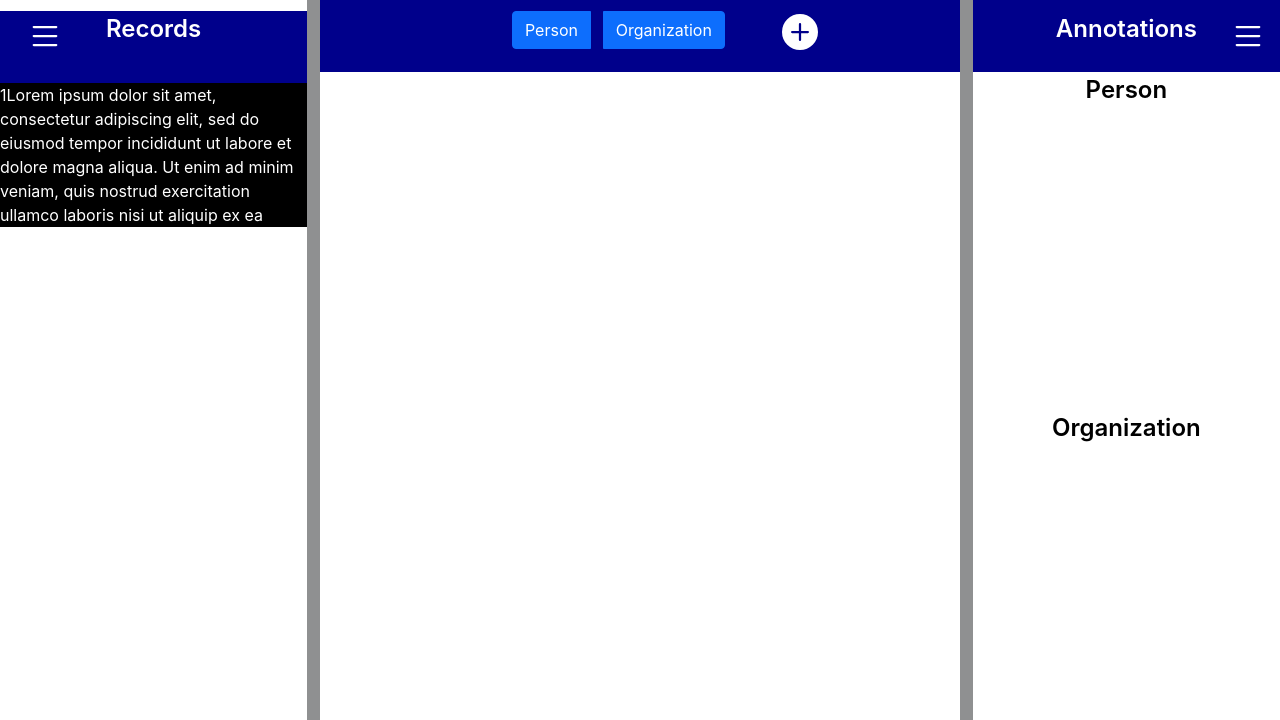
Repository: napan24/classforma_assignment
Page: / (app in client/)
The author's editor kept a copy of each file at every save. The page is drawn from the files as they stood at one save, then again after the next save.
The browser window is 1280 px wide. The pictures show the whole page.
The project was rebuilt for these pictures with package versions that can differ from the ones it lists, and the page was loaded fresh each time. Also part of the build but not shown: client/src/App.css.

Above is the page before, as saved 2022-07-20 18:49:04.

After the next save:
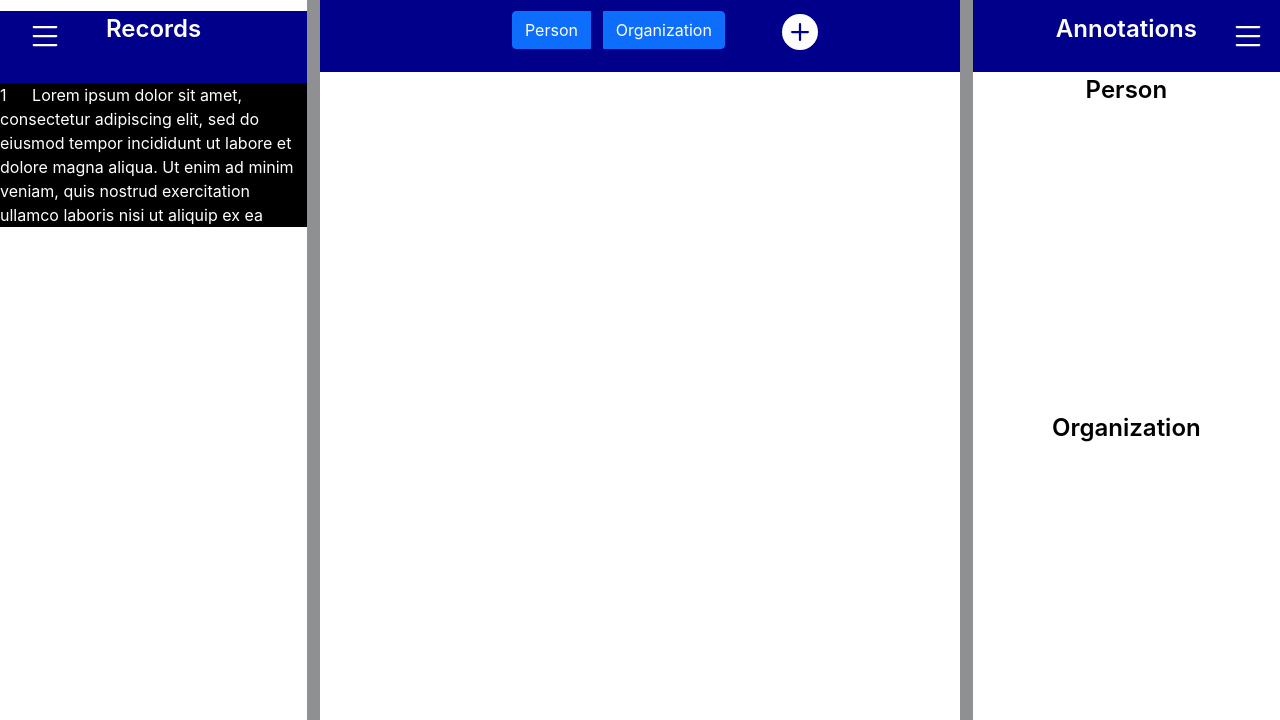
Saved 5 s later.
--- a/client/src/Home.js
+++ b/client/src/Home.js
@@ -111,7 +111,7 @@ const Home = () => {
                         <span>
                             1
                         </span>
-                        <span style={{height:"20vh",width:"20vw",textAlign:'center'}}>
+                        <span style={{height:"20vh",width:"20vw",marginLeft:"2vw",textAlign:'center'}}>
                             Lorem ipsum dolor sit amet, consectetur adipiscing elit, sed do eiusmod tempor incididunt ut labore et dolore magna aliqua. Ut enim ad minim veniam, quis nostrud exercitation ullamco laboris nisi ut aliquip ex ea commodo consequat. Duis aute irure dolor in reprehenderit in voluptate velit esse cillum dolore eu fugiat nulla pariatur. Excepteur sint occaecat cupidatat non proident, sunt in culpa qui officia deserunt mollit anim id est laborum.
                         </span>
                     </div>
